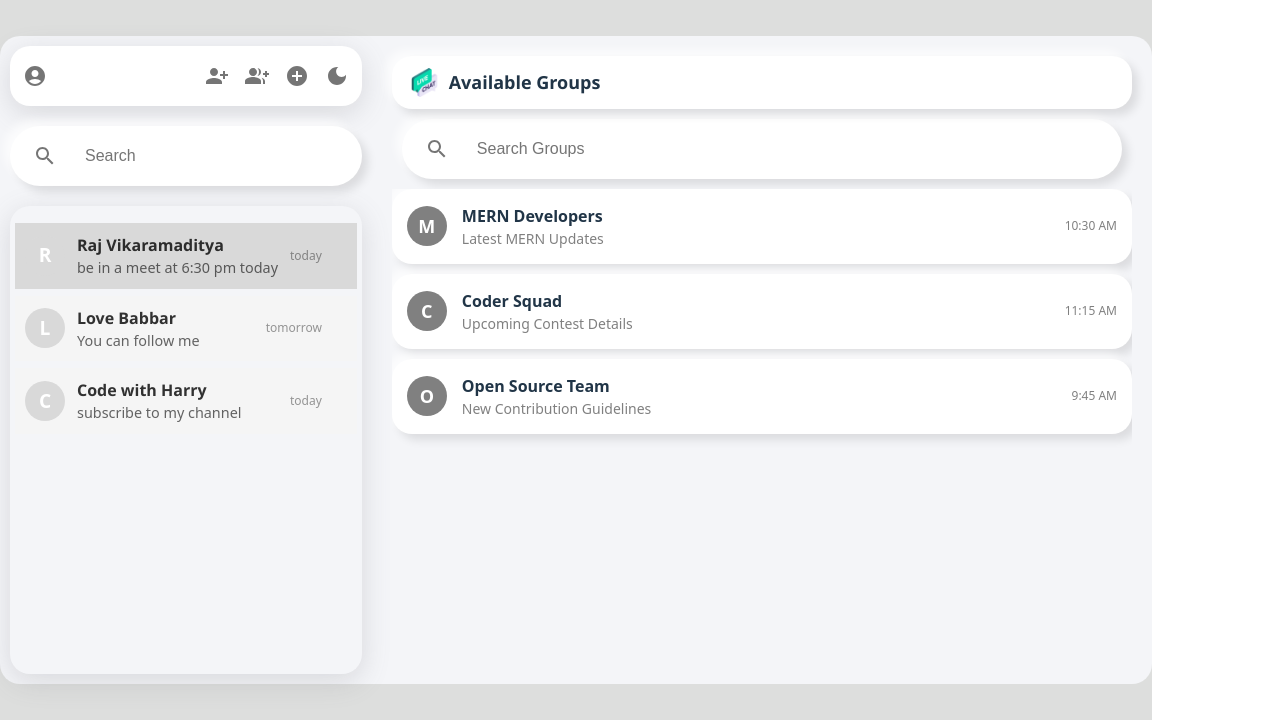
Repository: rahul-chakradhari/chat_app
Page: /app/groups
These files come from the project's save history. The page is drawn as it stood at one moment and after the next save; the edit follows.
The browser window is 1280 px wide. The pictures show the whole page.
The first visible `.conversationitem` is being pressed.
The project was rebuilt for these pictures with package versions that can differ from the ones it lists, and the page was loaded fresh each time. Also part of the build but not shown: vite.config.js, src/components/Login.jsx, src/components/Messagebyme.jsx, src/components/Messagebyothers.jsx, src/components/Chatarea.jsx, src/components/Welcome.jsx, src/components/Creategroups.jsx, src/components/Users.jsx.

Above is the page before, as saved 2025-03-01 14:57:33.

After the next save:
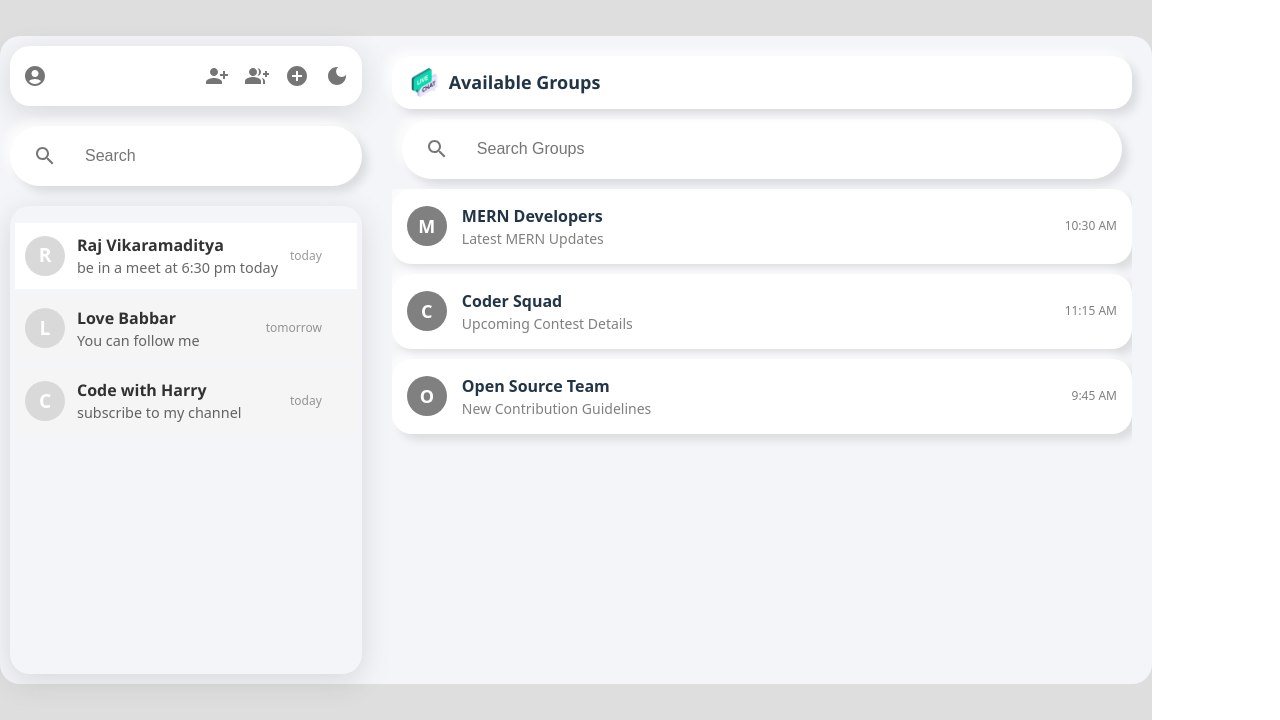
Saved 42 s later.
--- a/src/components/Mystyles.css
+++ b/src/components/Mystyles.css
@@ -75,6 +75,9 @@
 .conversationitem:hover {
   background-color: #d9d9d9;
 }
+.conversationitem:active {
+  background-color: white;
+}
 .conversationitem::-webkit-scrollbar {
   display: none;
 }
